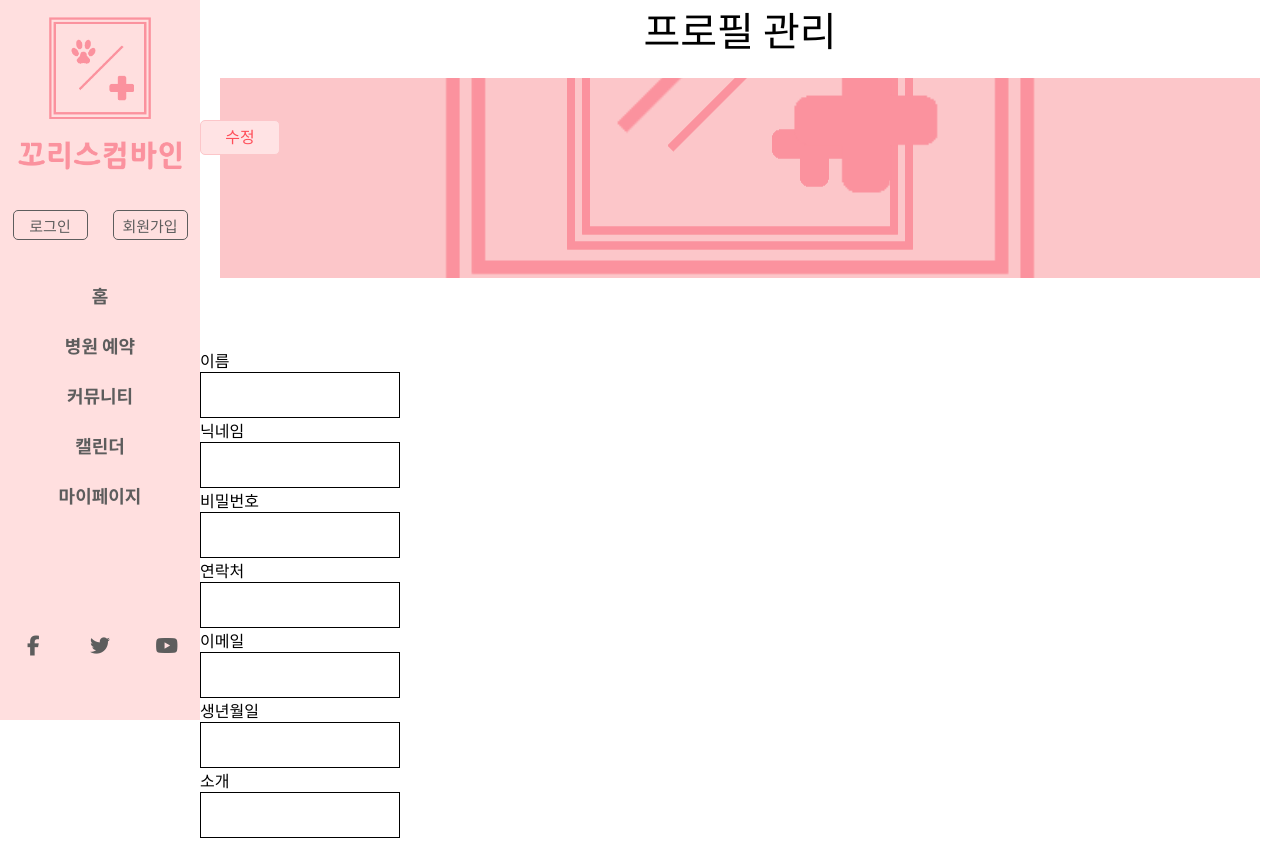
Repository: dodnam/kkoris
Page: http://localhost/1_kkoris/reservation2.jsp
An editor plug-in stored every save of this project. The page is shown before and after the next save, followed by the edit.
The browser window is 1280 px wide. The pictures show the whole page.
Some web libraries are served in a nearby version. The page is served by Tomcat 9.

Above is the page before, as saved 2020-02-18 00:18:51.

After the next save:
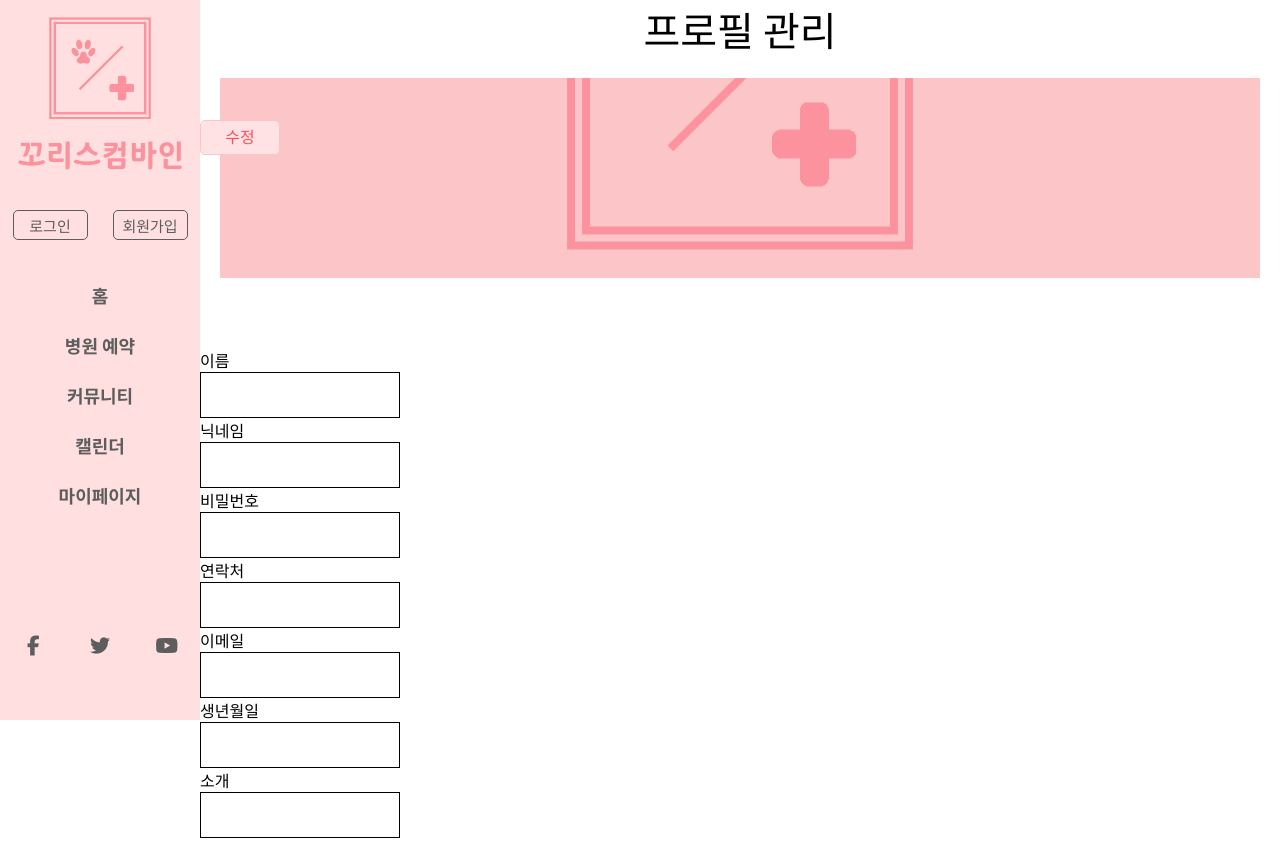
Saved 5 s later.
--- a/1_kkoris/WebContent/reservation2.jsp
+++ b/1_kkoris/WebContent/reservation2.jsp
@@ -28,7 +28,7 @@
     	<div class="input-container">
     		<div class="box_con">
 	    		<div class="profile">
-	    			<img class="profile" src="<%= request.getContextPath() %>/images/logo.png">
+
 	    		</div>
     		</div>
 		    <div class="boxBody">
